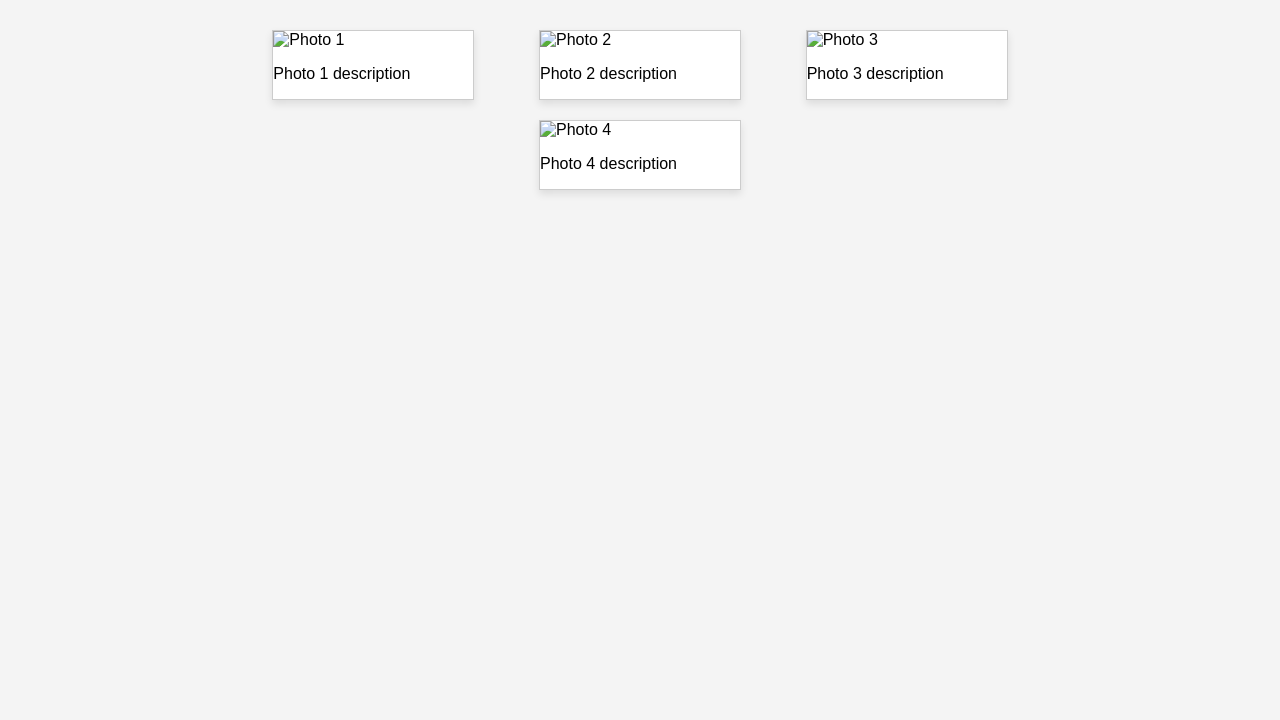
Repository: rrqrw/-
Page: http://localhost/noll_project/mid/mid2.jsp
The author's editor kept a copy of each file at every save. The page is drawn from the files as they stood at one save, then again after the next save.
The browser window is 1280 px wide. The pictures show the whole page.
The page is served by Tomcat 9.

Above is the page before, as saved 2023-12-06 07:35:53.
Not found: noll_project/noll_project/mid/your_image_url_1.jpg
Not found: noll_project/noll_project/mid/your_image_url_2.jpg
Not found: noll_project/noll_project/mid/your_image_url_3.jpg

After the next save:
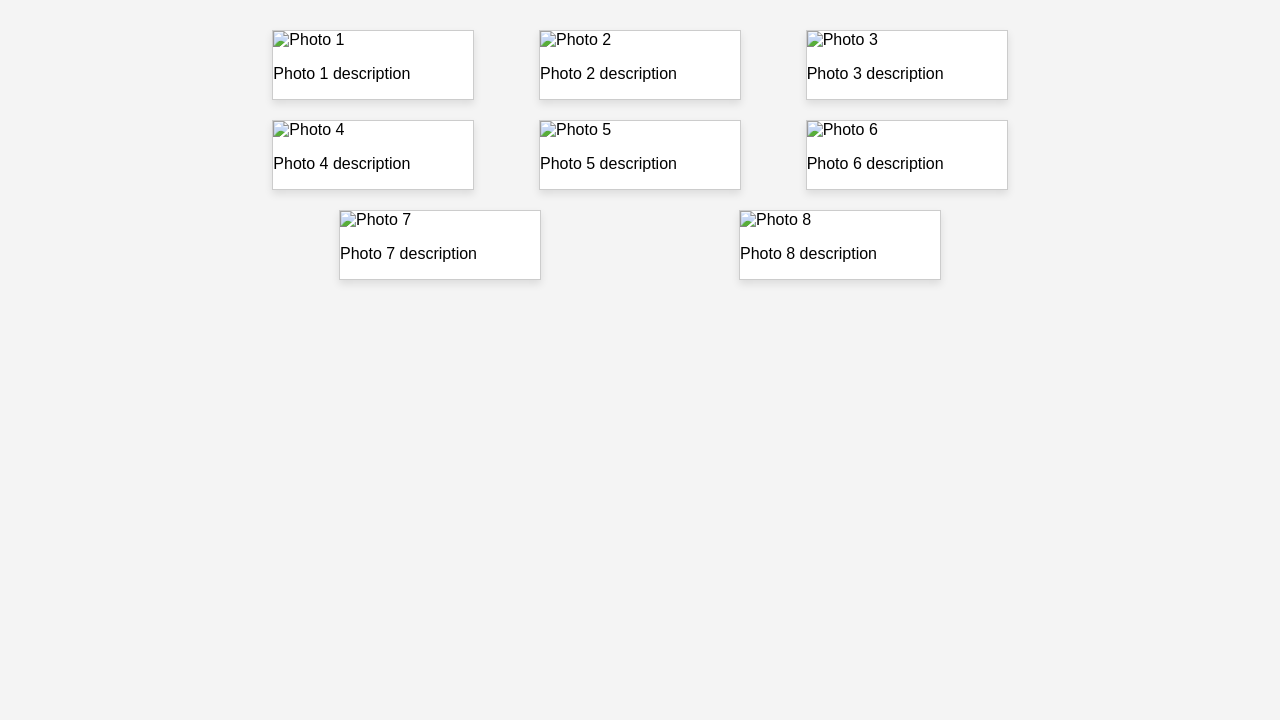
Not found: noll_project/noll_project/mid/your_image_url_5.jpg
Not found: noll_project/noll_project/mid/your_image_url_6.jpg
Not found: noll_project/noll_project/mid/your_image_url_7.jpg
Saved 74 s later.
--- a/noll_project/src/main/webapp/mid/mid2.jsp
+++ b/noll_project/src/main/webapp/mid/mid2.jsp
@@ -39,6 +39,7 @@
 <body>
 
   <div class="photo-card-container">
+    <!-- 첫 번째 행 -->
     <div class="photo-card">
       <img src="your_image_url_1.jpg" alt="Photo 1">
       <p>Photo 1 description</p>
@@ -59,8 +60,26 @@
       <p>Photo 4 description</p>
     </div>
 
-    <!-- Repeat the above structure for more photo cards -->
+    <!-- 두 번째 행 -->
+    <div class="photo-card">
+      <img src="your_image_url_5.jpg" alt="Photo 5">
+      <p>Photo 5 description</p>
+    </div>
 
+    <div class="photo-card">
+      <img src="your_image_url_6.jpg" alt="Photo 6">
+      <p>Photo 6 description</p>
+    </div>
+
+    <div class="photo-card">
+      <img src="your_image_url_7.jpg" alt="Photo 7">
+      <p>Photo 7 description</p>
+    </div>
+
+    <div class="photo-card">
+      <img src="your_image_url_8.jpg" alt="Photo 8">
+      <p>Photo 8 description</p>
+    </div>
   </div>
 
 </body>

After the save that followed:
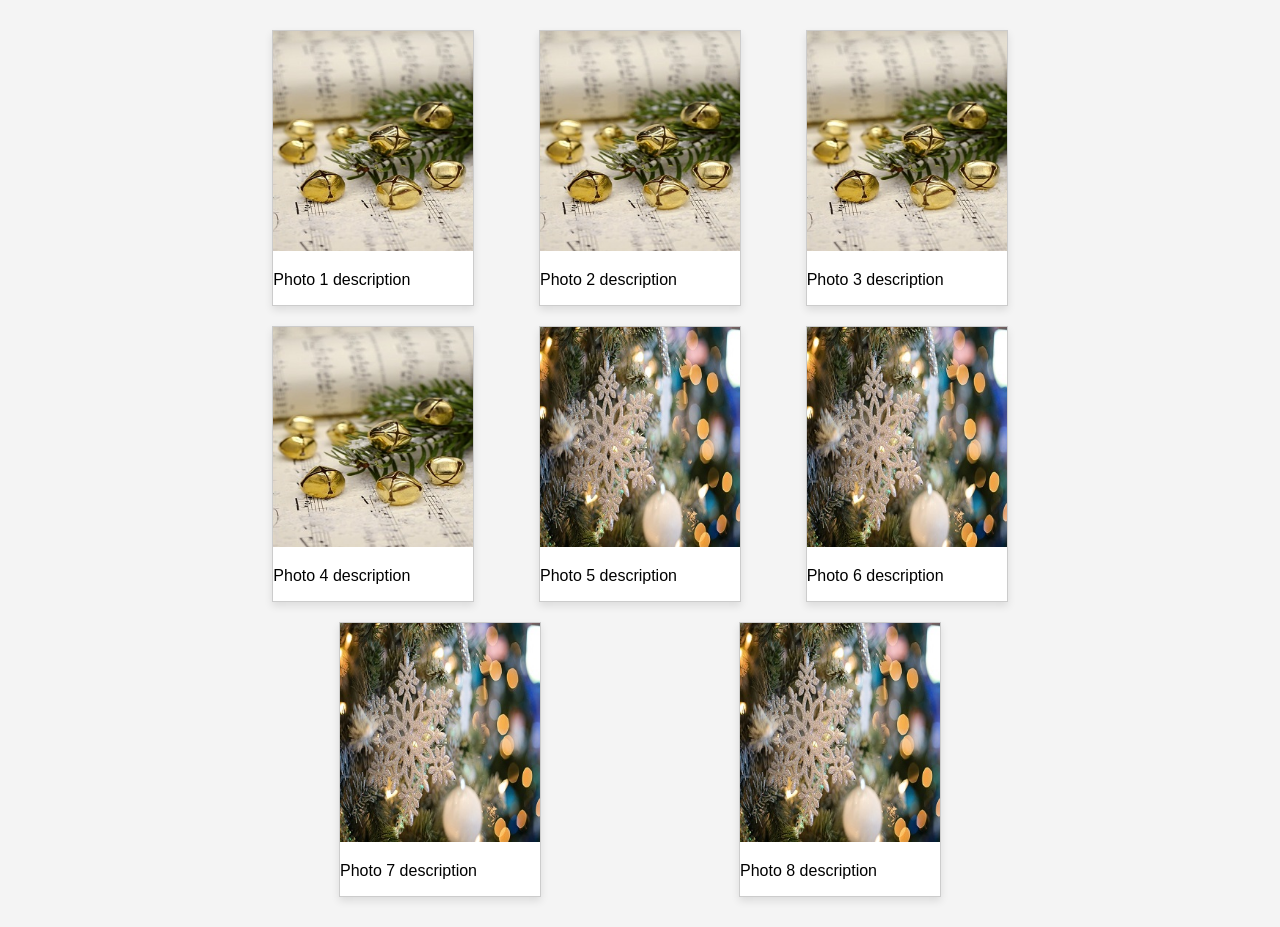
Saved 88 s later.
--- a/noll_project/src/main/webapp/mid/mid2.jsp
+++ b/noll_project/src/main/webapp/mid/mid2.jsp
@@ -41,43 +41,43 @@
   <div class="photo-card-container">
     <!-- 첫 번째 행 -->
     <div class="photo-card">
-      <img src="your_image_url_1.jpg" alt="Photo 1">
+      <img src="../resources/images/pic1.jpg" alt="Photo 1">
       <p>Photo 1 description</p>
     </div>
 
     <div class="photo-card">
-      <img src="your_image_url_2.jpg" alt="Photo 2">
+      <img src="../resources/images/pic1.jpg" alt="Photo 2">
       <p>Photo 2 description</p>
     </div>
 
     <div class="photo-card">
-      <img src="your_image_url_3.jpg" alt="Photo 3">
+      <img src="../resources/images/pic1.jpg" alt="Photo 3">
       <p>Photo 3 description</p>
     </div>
 
     <div class="photo-card">
-      <img src="your_image_url_4.jpg" alt="Photo 4">
+      <img src="../resources/images/pic1.jpg" alt="Photo 4">
       <p>Photo 4 description</p>
     </div>
 
     <!-- 두 번째 행 -->
     <div class="photo-card">
-      <img src="your_image_url_5.jpg" alt="Photo 5">
+      <img src="../resources/images/pic2.jpg" alt="Photo 5">
       <p>Photo 5 description</p>
     </div>
 
     <div class="photo-card">
-      <img src="your_image_url_6.jpg" alt="Photo 6">
+      <img src="../resources/images/pic2.jpg" alt="Photo 6">
       <p>Photo 6 description</p>
     </div>
 
     <div class="photo-card">
-      <img src="your_image_url_7.jpg" alt="Photo 7">
+      <img src="../resources/images/pic2.jpg" alt="Photo 7">
       <p>Photo 7 description</p>
     </div>
 
     <div class="photo-card">
-      <img src="your_image_url_8.jpg" alt="Photo 8">
+      <img src="../resources/images/pic2.jpg" alt="Photo 8">
       <p>Photo 8 description</p>
     </div>
   </div>
